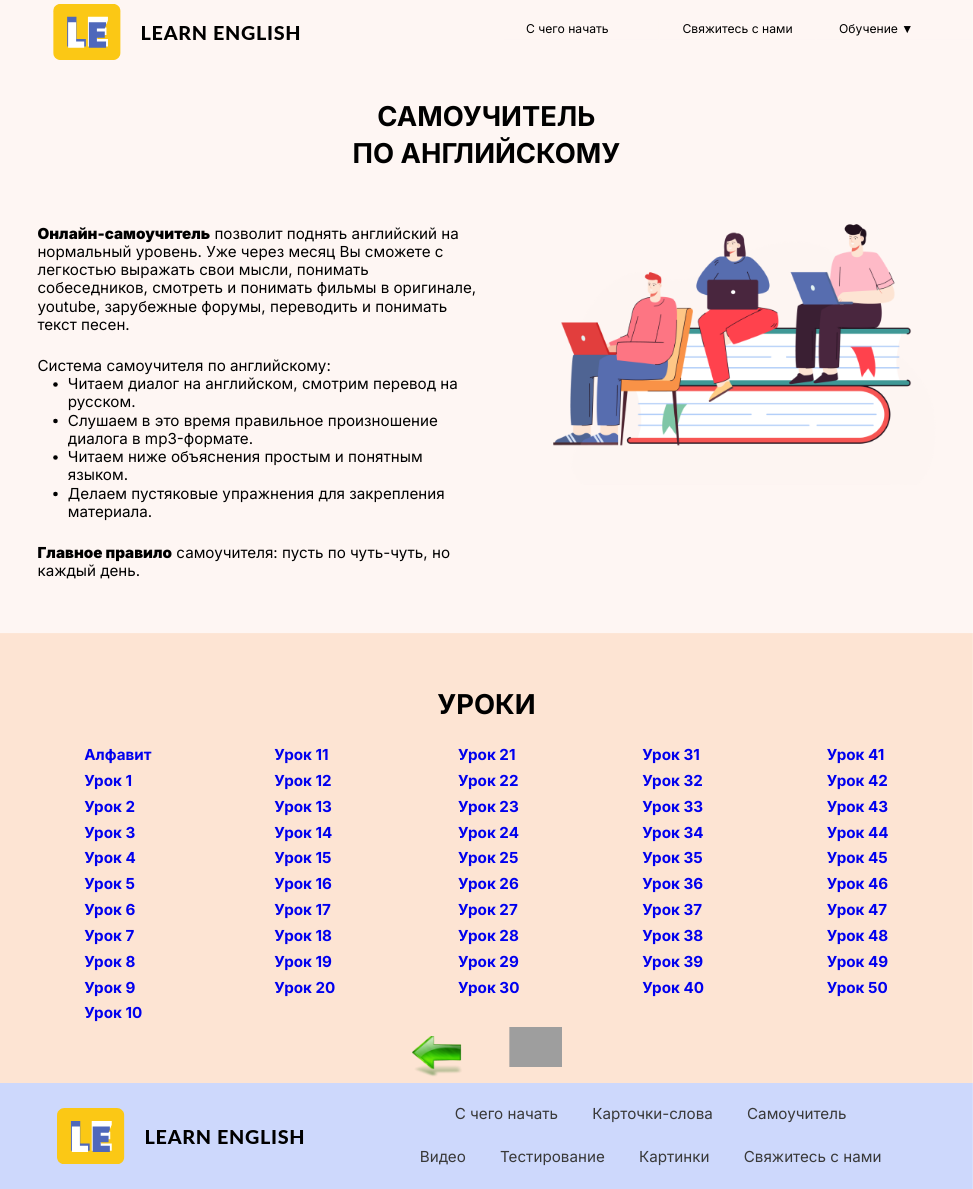
Repository: WladimirVA/Diplom
Page: scool/lesson.html
These files come from the project's save history. The page is drawn as it stood at one moment and after the next save; the edit follows.
The browser window is 1280 px wide. The pictures show the whole page, at 76% of full size.
Pictures or frames that could not be fetched are drawn as grey boxes.

Above is the page before, as saved 2023-07-19 17:58:53.

After the next save:
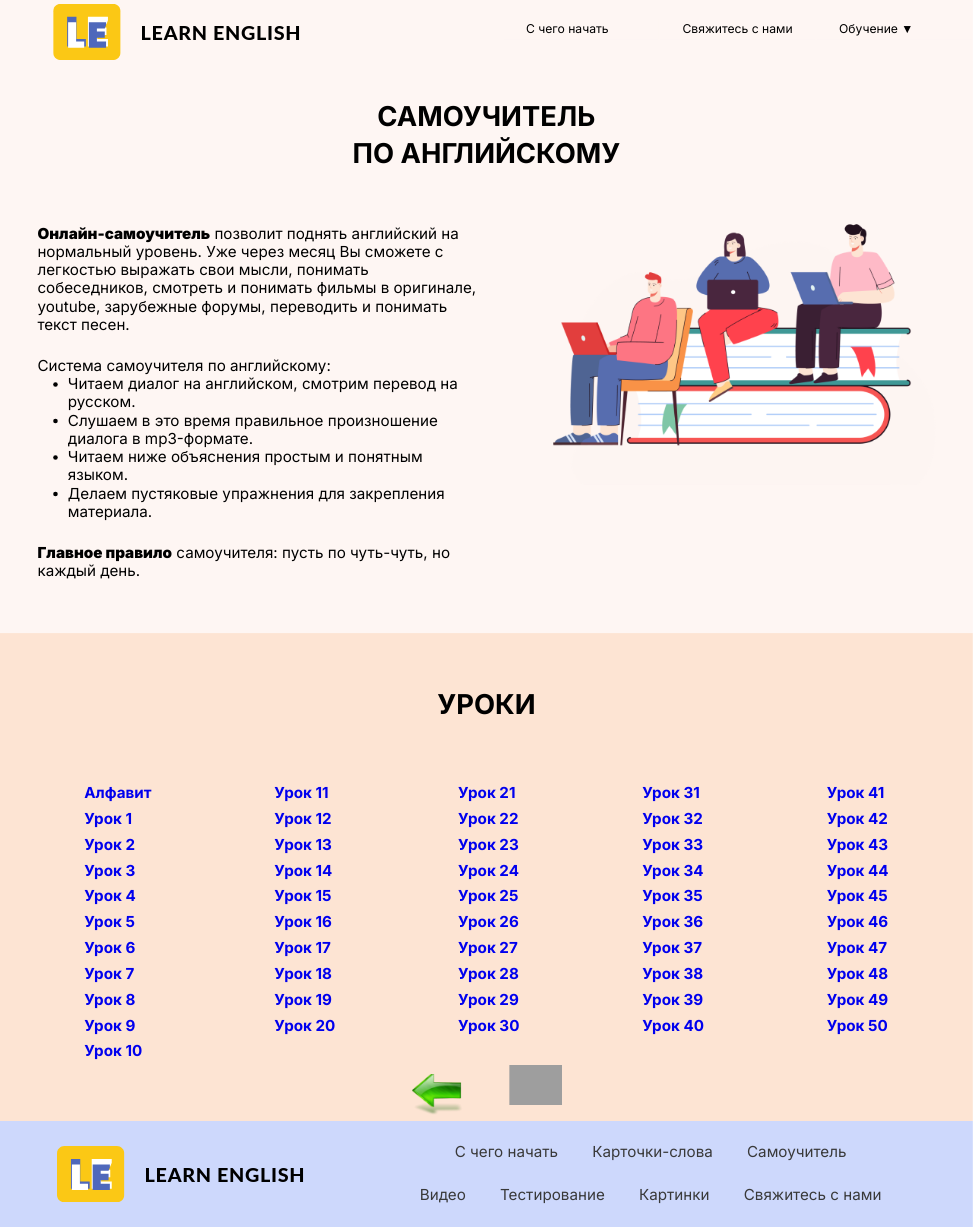
Saved 2 min 14 s later.
--- a/scool/css/lesson.css
+++ b/scool/css/lesson.css
@@ -61,7 +61,7 @@
 
 .lesson {
     text-align: center;
-    padding-top: 70px;
+    padding: 70px 0 50px 0;
 }
 
 .lesson p {
